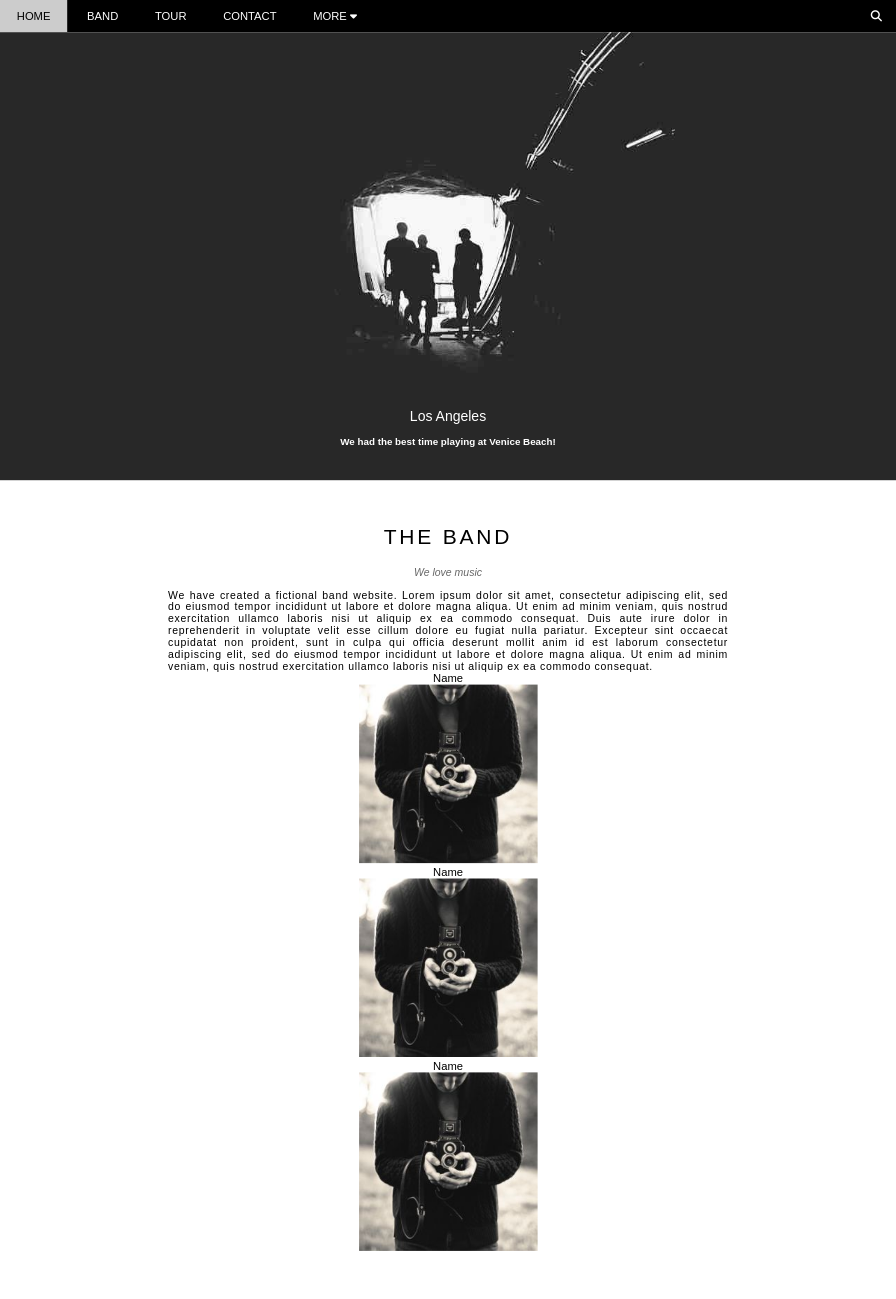
Repository: TranPhucThinh/clone-the-band
Page: index.html
The author's editor kept a copy of each file at every save. The page is drawn from the files as they stood at one save, then again after the next save.
The browser window is 1280 px wide. The pictures show the whole page, at 70% of full size.
Some web libraries are served in a nearby version.

Above is the page before, as saved 2022-08-04 10:50:14.

After the next save:
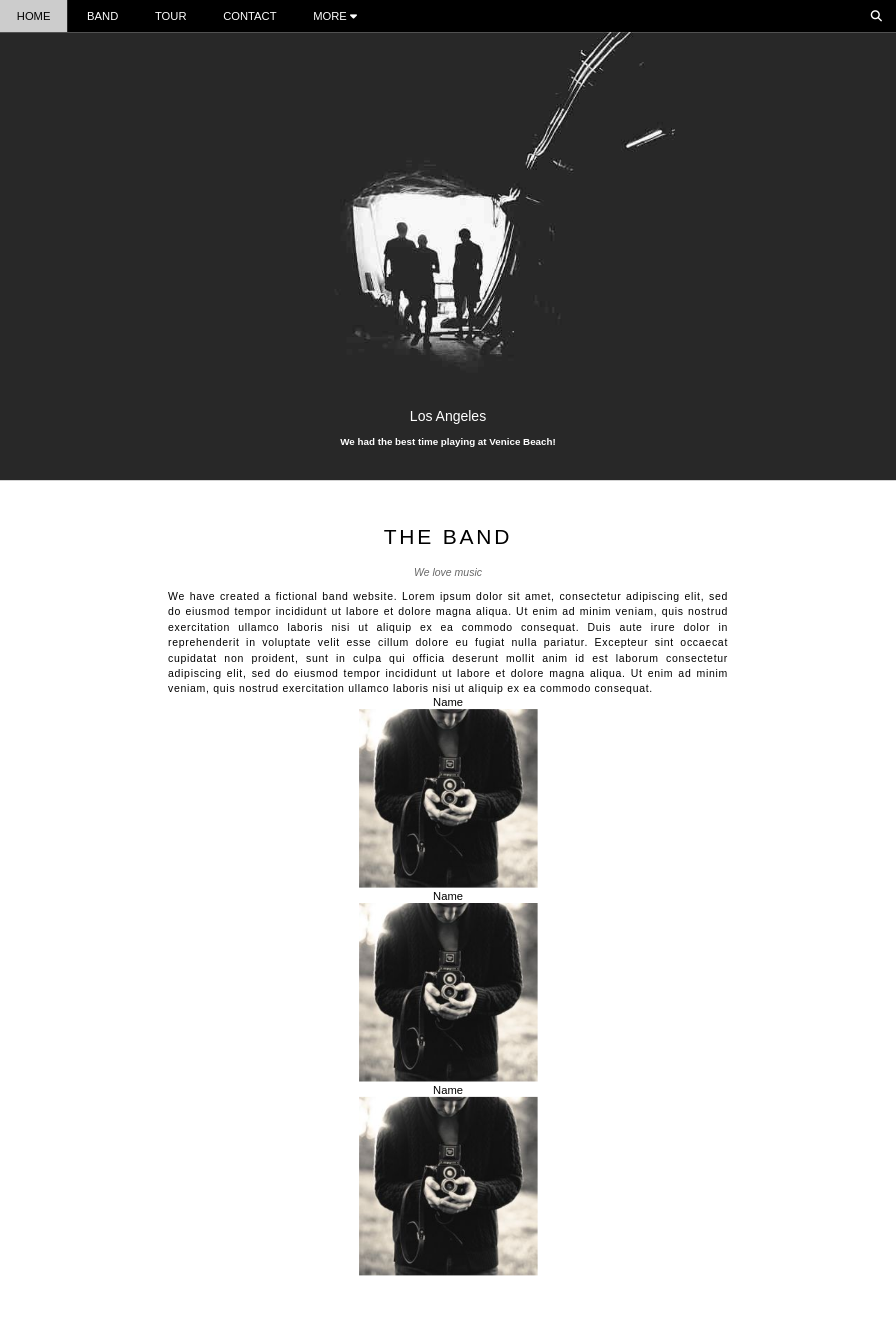
Saved 20 s later.
--- a/assets/style.css
+++ b/assets/style.css
@@ -140,4 +140,5 @@ html {
   text-align: justify;
   font-size: 15px;
   letter-spacing: 1px;
+  line-height: 22px;
 }
